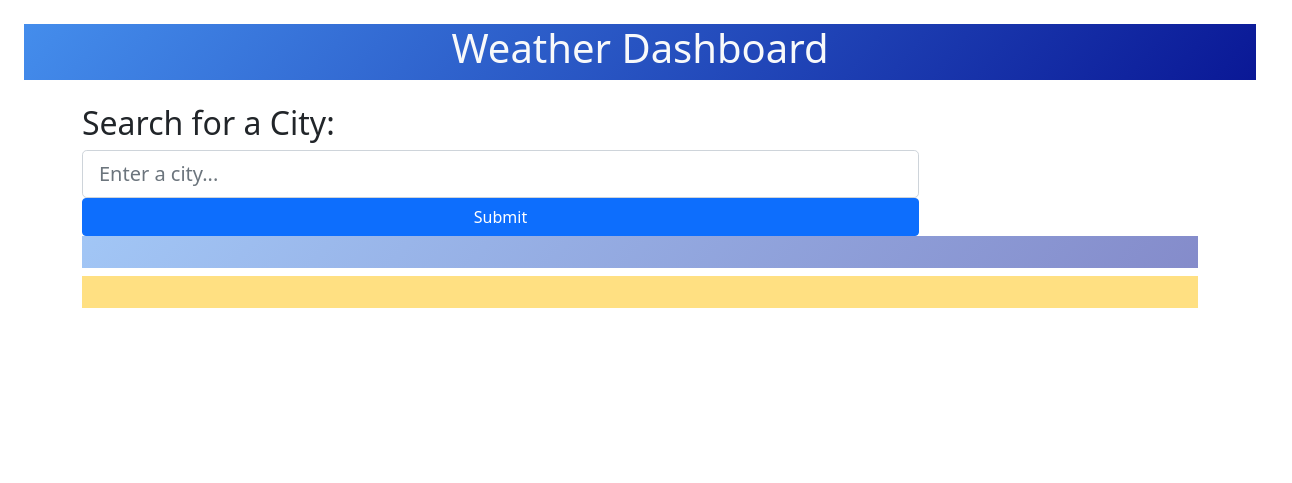
Repository: Brainybrian316/Weather-Dashboard
Page: index.html
An editor plug-in stored every save of this project. The page is shown before and after the next save, followed by the edit.
The browser window is 1280 px wide. The page is 1280 px wide, then 1292 px, so the pictures cover 1292 px, including what lies to the right of the window. The pictures show the whole page.

Above is the page before, as saved 2022-03-26 22:32:30.

After the next save:
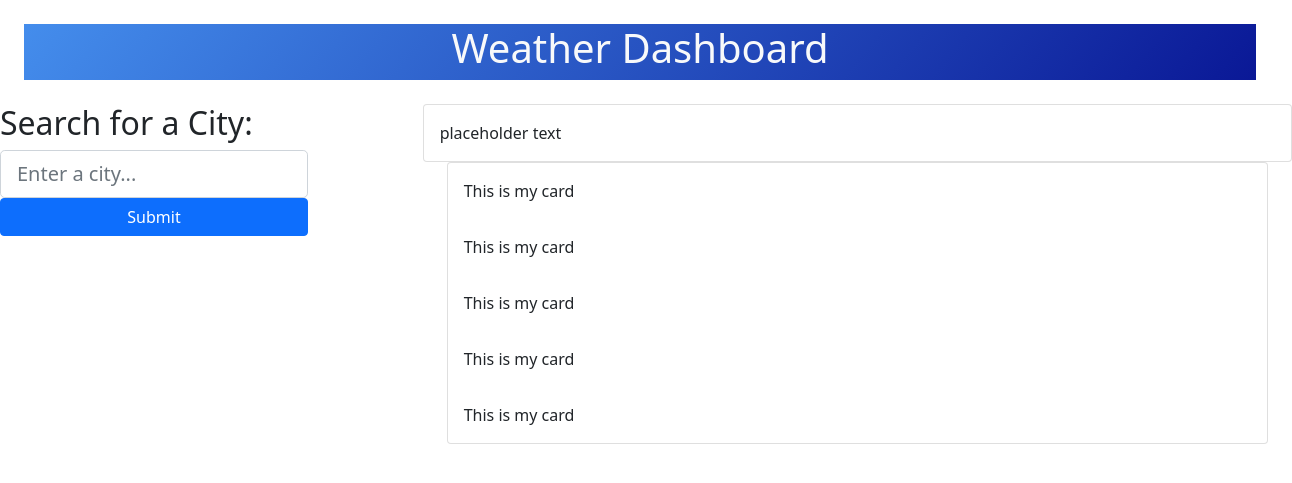
Saved 67 min 51 s later.
--- a/index.html
+++ b/index.html
@@ -16,26 +16,41 @@
 </header>
 
 <body>
-    <div class="container-sm position-relative left-0">
-        <h2>Search for a City:</h2>
-        <form action="index.php" method="post">
-            <input class="form-control form-control-lg w-75" type="text" name="city" placeholder="Enter a city..." />
-            <button type="button" class="btn btn-primary w-75">Submit</button>
-        </form>
+    <div class="row">
+        <div class="container col-sm-4">
+            <h2>Search for a City:</h2>
+            <form action="index.php" method="post">
+                <input class="form-control form-control-lg w-75" type="text" name="city"
+                    placeholder="Enter a city..." />
+                <button type="button" class="btn btn-primary w-75">Submit</button>
+            </form>
+        </div>
+
+        <div class="container col-md-8">
+            <div class="row card">
+                <div class="card-body col">placeholder text</div>
+            </div>
+
+            <div class="container col">
+                <div class=" row card">
+                    <div class="card-body col">This is my card</div>
+
+                    <div class="card-body col">This is my card</div>
+
+                    <div class="card-body col">This is my card</div>
+
+                    <div class="card-body col">This is my card</div>
+                    <div class="card-body col">This is my card</div>
+                </div>
+            </div>
+        </div>
+
     </div>
 
-    <div class="container-md  position-relative right-0">
-        <h2 class="placeholder col-12 bg-primary"></h2>
-    </div>
-
-    <div class="container-md">
-        <h2 class="placeholder col-12 bg-warning"></h2>
-
-
-        <script src="https://cdn.jsdelivr.net/npm/bootstrap@5.1.3/dist/js/bootstrap.bundle.min.js"
-            integrity="sha384-ka7Sk0Gln4gmtz2MlQnikT1wXgYsOg+OMhuP+IlRH9sENBO0LRn5q+8nbTov4+1p" crossorigin="anonymous">
-        </script>
-        <script src="./assets/javascript/logic.js"></script>
+    <script src="https://cdn.jsdelivr.net/npm/bootstrap@5.1.3/dist/js/bootstrap.bundle.min.js"
+        integrity="sha384-ka7Sk0Gln4gmtz2MlQnikT1wXgYsOg+OMhuP+IlRH9sENBO0LRn5q+8nbTov4+1p" crossorigin="anonymous">
+    </script>
+    <script src="./assets/javascript/logic.js"></script>
 </body>
 
 </html>
